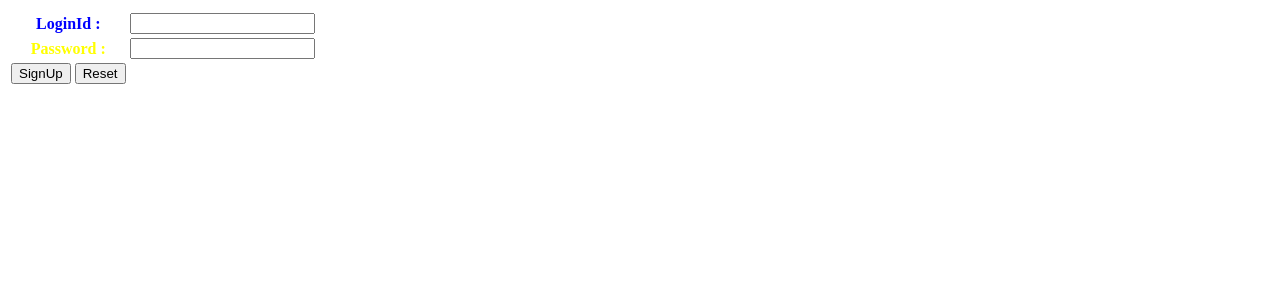
Repository: Jatdevta/AdvanceJava
Page: http://localhost/DynamicProject/Login.jsp
The author's editor kept a copy of each file at every save. The page is drawn from the files as they stood at one save, then again after the next save.
The browser window is 1280 px wide. The pictures show the whole page.
The page is served by Tomcat 9.

Above is the page before, as saved 2023-08-18 08:11:58.

After the next save:
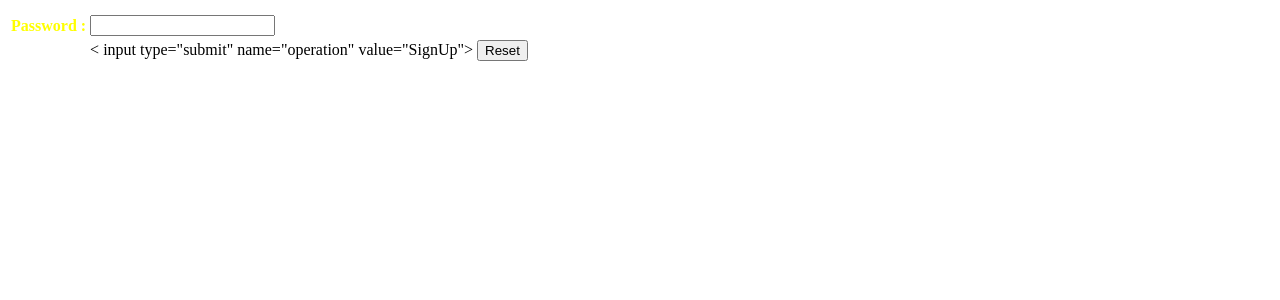
Saved 92 s later.
--- a/Advancejava/DynamicProject/WebContent/Login.jsp
+++ b/Advancejava/DynamicProject/WebContent/Login.jsp
@@ -12,18 +12,15 @@
 	<table>
 		<tr>
 		<tr>
-			<th style=color:blue;>LoginId :</th>
-				<td><input type="text" name="loginId"></td>
-			</tr>
-			<tr>
-				<th style=color:yellow;>Password :</th>
-				<td><input type="password" name="password"></td>
-			</tr>
-
-	<tr>
-				<td><input type="submit" name="operation" value="SignUp">
-					<input type="submit" name="operation" value="Reset"></td>
-			</tr>
+		<tr>
+			<th style="color: yellow;">Password :</th>
+			<td><input type="password" name="password"></td>
+		<tr>
+			<th>
+			<td>< input type="submit" name="operation" value="SignUp"> <input
+				type="submit" name="operation" value="Reset"></td>
+			</th>
+		</tr>
 
 
 
